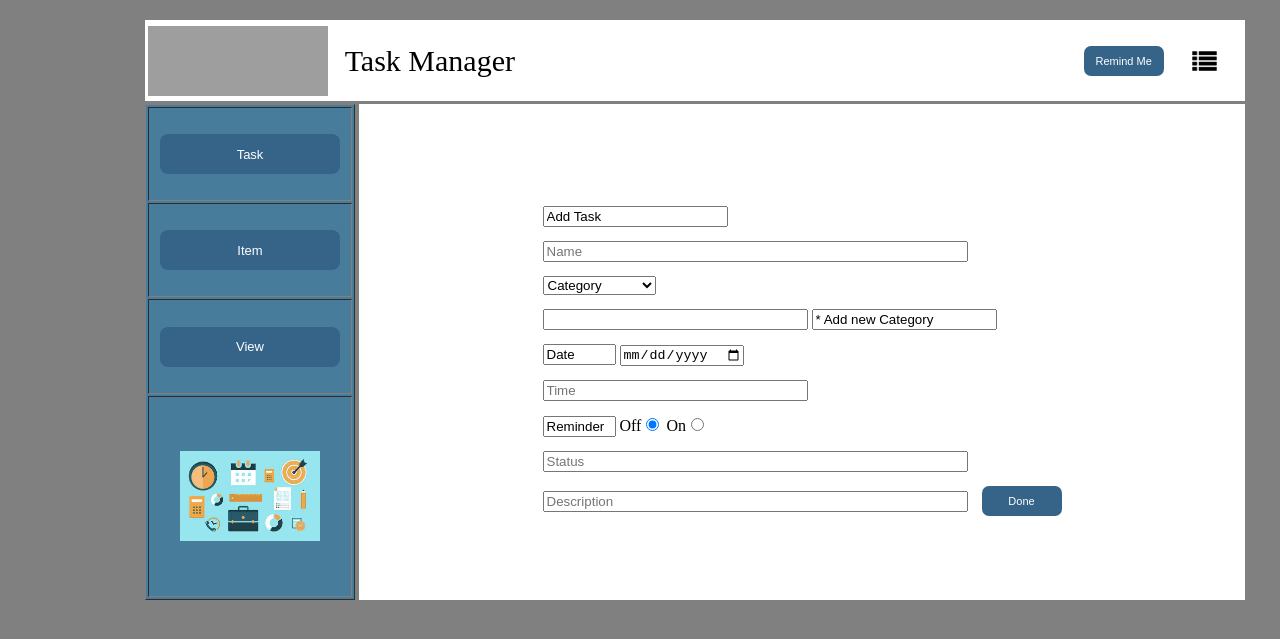
Repository: SnehaSalvi/TaskManagerProject
Page: http://localhost/TaskManagerChecklist/AddTask.jsp
An editor plug-in stored every save of this project. The page is shown before and after the next save, followed by the edit.
The browser window is 1280 px wide. The pictures show the whole page.
Pictures or frames that could not be fetched are drawn as grey boxes. The page is served by Tomcat 9. Other server files are loaded and not shown.

Above is the page before, as saved 2016-10-14 11:19:49.

### TaskManagerChecklist/WebContent/AddTask.jsp
<%@ page language="java" contentType="text/html; charset=ISO-8859-1"
    pageEncoding="ISO-8859-1"%>
<!DOCTYPE html PUBLIC "-//W3C//DTD HTML 4.01 Transitional//EN" "http://www.w3.org/TR/html4/loose.dtd">
<html>
<head>
<meta http-equiv="Content-Type" content="text/html; charset=ISO-8859-1">
<title>Insert title here</title>
<link href="home.css" type="text/css" rel="stylesheet"/>

</head>
<body>
<form>
	<table id="table1">
		<tr>
			<td id="td1">
				<img id="banner" src="images/banner.jpg"/>
			</td>
			<td id="td_blank">
			</td>
			<td id="td2">
				Task Manager
			</td>
			<td id="td3" align="center">
				<input type="button" name="remind" id="button1" value="Remind Me"/>
			</td>
			<td id="td4" align="center">
				<img id="list" src="images/list.png"/>
			</td>
		</tr>
	</table>
	<table></table>
	<table>
		<tr>
			<td>
				<table id="table2" border="1">
					<tr>
						<td id="#td5" align="center">
							<input type="button" name="task" id="button2" value="Task" onclick="location.href='AddTask.jsp';"/>
						</td>
					</tr>
					<tr>
						<td align="center">
							<input type="button" name="item" id="button2" value="Item" onclick="location.href='AddItem.jsp';"/>
						</td>
					</tr>
					<tr>
						<td align="center">
							<input type="button" name="view" id="button2" value="View"/>
						</td>
					</tr>
					<tr>
						<td rowspan="7" align="center">
							<img id="img1" src="images/menu.jpg"/>
						</td>
					</tr>
				</table>
			</td>
			<td>
				<table id="table3">
					<tr>
						<td id="#td6">&nbsp;&nbsp;&nbsp;&nbsp;
							<table align="center" cellspacing="6" cellpadding="4">
								<tr>
									<td colspan="2">
										<input type="label" id="font1" name="label" value="Add Task" required="required"/>
									</td>
								</tr>
								<tr>
									<td colspan="2">
										<input type="text" name="taskname" placeholder="Name" size="50" required="required"/>
									</td>
								</tr>
								<tr>
									<td colspan="2">
										<select id="select1" name="categoryname" placeholder="Category" value="Category" required="required">
											<optgroup label="Personal">
												<option value="" disabled selected hidden>Category</option>
												<option>Shopping</option>
												<option>Exercise</option>
											</optgroup>
											<optgroup label="Professional">
												<option>Meeting</option>
												<option>Project Work</option>
											</optgroup>
										</select>
									</td>
								</tr>
								<tr>
									<td colspan="2">
										<input type="text" name="categoryname" size="30" required="required"/>
										<input type="label" id="label1" name="newcategory" value="* Add new Category" required="required"/>
									</td>
								</tr>
								<tr>
									<td colspan="2">
										<input type="label" id="label2" name="newdate" value="Date" size="6" required="required"/>
										<input type="date" name="date">
									</td>
								</tr>
								<tr>
									<td colspan="2">
										<input type="text" name="time" placeholder="Time" size="30" required="required"/>
									</td>
								</tr>
								<tr>
									<td colspan="2">
										<input id="label2" type="label" value="Reminder" size="6" required="required"/>
										Off<input type="radio" name="reminder" checked/>
										On<input type="radio" name="reminder"/>
									</td>
								</tr>
								<tr>
									<td colspan="2">
										<input type="text" name="status" placeholder="Status" size="50" required="required"/>
									</td>
								</tr>
								<tr>
									<td>
										<input type="text" name="description" placeholder="Description" size="50" required="required"/>
									</td>
									<td>
										<input type="submit" id="button1" value="Done"/>
									</td>
								</tr>
							</table>
						</td>
					</tr>
				</table>
			</td>
		</tr>
	</table>
</form>
<!--<form action="Hello">
Name:<input type="text" name="user"/>
<input type="submit" value="go"/>
</form>-->
</body>
</html>

### TaskManagerChecklist/WebContent/home.css
body
{
	background-position: center;
	background-color:gray;
	margin-left: 140px;
	margin-top: 20px;
	margin-right: 120px;
	margin-bottom: 20px;
	background-repeat: no-repeat;
}
#table1
{
	margin-left:5px;
	background-color:white;
	background-position: center;
	height: 76px;
	width:1100px;
}
#td1
{
	width:185px;
	height:75px;
	background-color:
}
#banner
{

	width: 180px;
	height: 70px;
}
#td_blank
{
	width:100x;
	height:75px;
}
#td2
{
	width:735px;
	height:75px;
	font-family: serif;
	font-size: 30px;
	font-style: inherit;

}
#td3
{
	width:80px;
	height:75px;
}
#button1
{
    height: 30px;
    width: 80px;
    border-radius: 7px;
    border: 1px solid #000;
    font-family: sans-serif;
    background-color:#366489;
    color:white;
    font-size: 11px;
    border: 0;
}
#td4
{
	width:30x;
	height:75px;
}
#list
{

	width: 25px;
	height: 20px;
}
#table2
{
	margin-left:2px;
	background-color:#477d9a;
	background-position: center;
	height: 496px;
	width:210px;


}
#button2
{
    height: 40px;
    width: 180px;
    border-radius: 8px;
    border: 1px solid #000;
    font-family:sans-serif;
    font-size: 13px;
   background-color:#366489;
   color:white;
    border: 0;
}
#img1
{

	width: 140px;
	height: 90px;
}
#table3
{
	background-color:white;
	background-position: center;
	height: 496px;
	width:886px;

}
#td6
{
	width:1050x;
	height:495px;


}

### TaskManagerChecklist/WebContent/task.css
#font1
{

	font-style:italic;

	font-size: 18px;
	border: none;


}
#label1
{
	color:red;
	font-size: 10px;
	border: none;
}
#label2
{
	border: none;
	size: 5px;
}

After the next save:
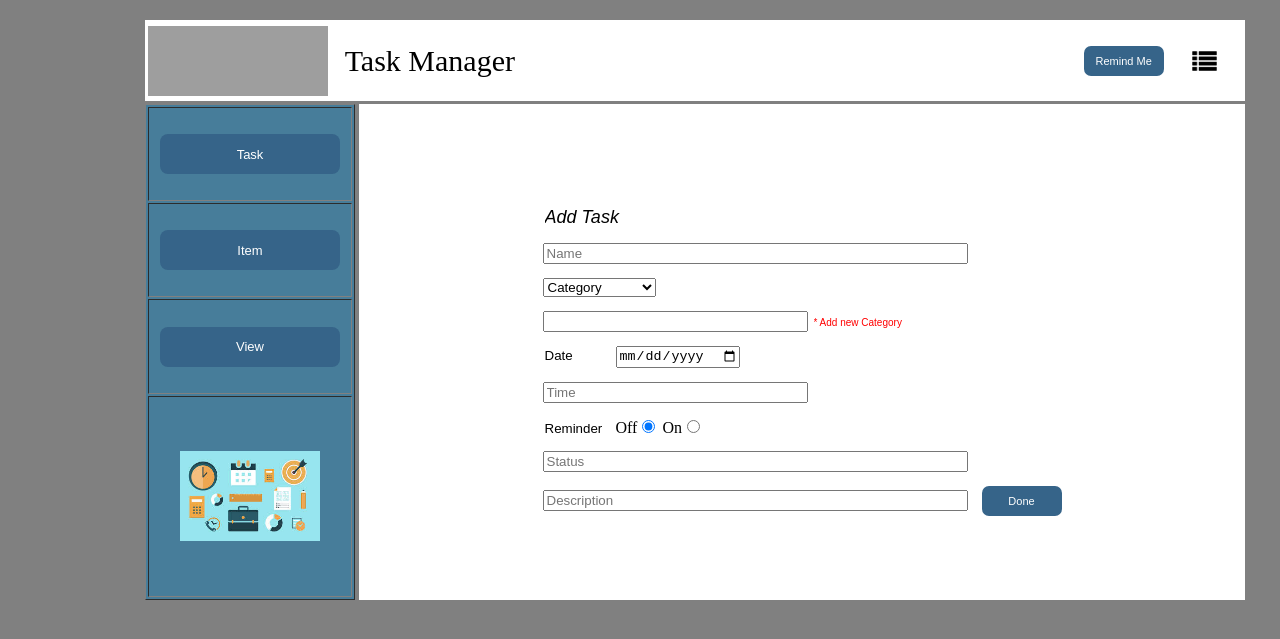
Saved 61 s later.
--- a/TaskManagerChecklist/WebContent/AddTask.jsp
+++ b/TaskManagerChecklist/WebContent/AddTask.jsp
@@ -6,7 +6,7 @@
 <meta http-equiv="Content-Type" content="text/html; charset=ISO-8859-1">
 <title>Insert title here</title>
 <link href="home.css" type="text/css" rel="stylesheet"/>
-
+<link href="task.css" type="text/css" rel="stylesheet"/>
 </head>
 <body>
 <form>
